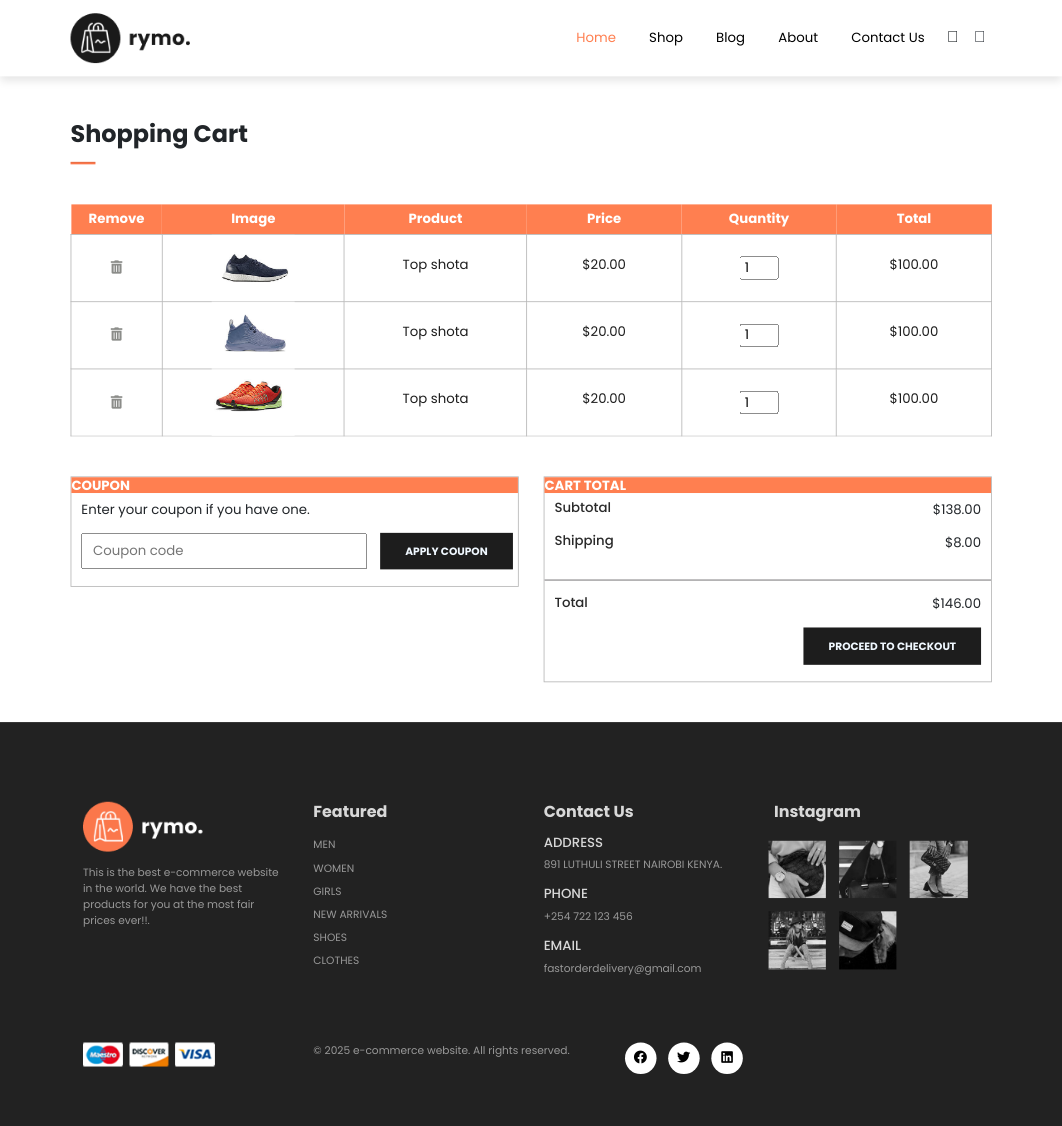
Repository: peter417waweru/e-commerce-UI
Page: cart.html
An editor plug-in stored every save of this project. The page is shown before and after the next save, followed by the edit.
The browser window is 1280 px wide. The pictures show the whole page, at 83% of full size.
Some web libraries are served in a nearby version.

Above is the page before, as saved 2025-02-10 22:41:19.
Console error: TypeError: Cannot set properties of undefined (setting 'onclick')

After the next save:
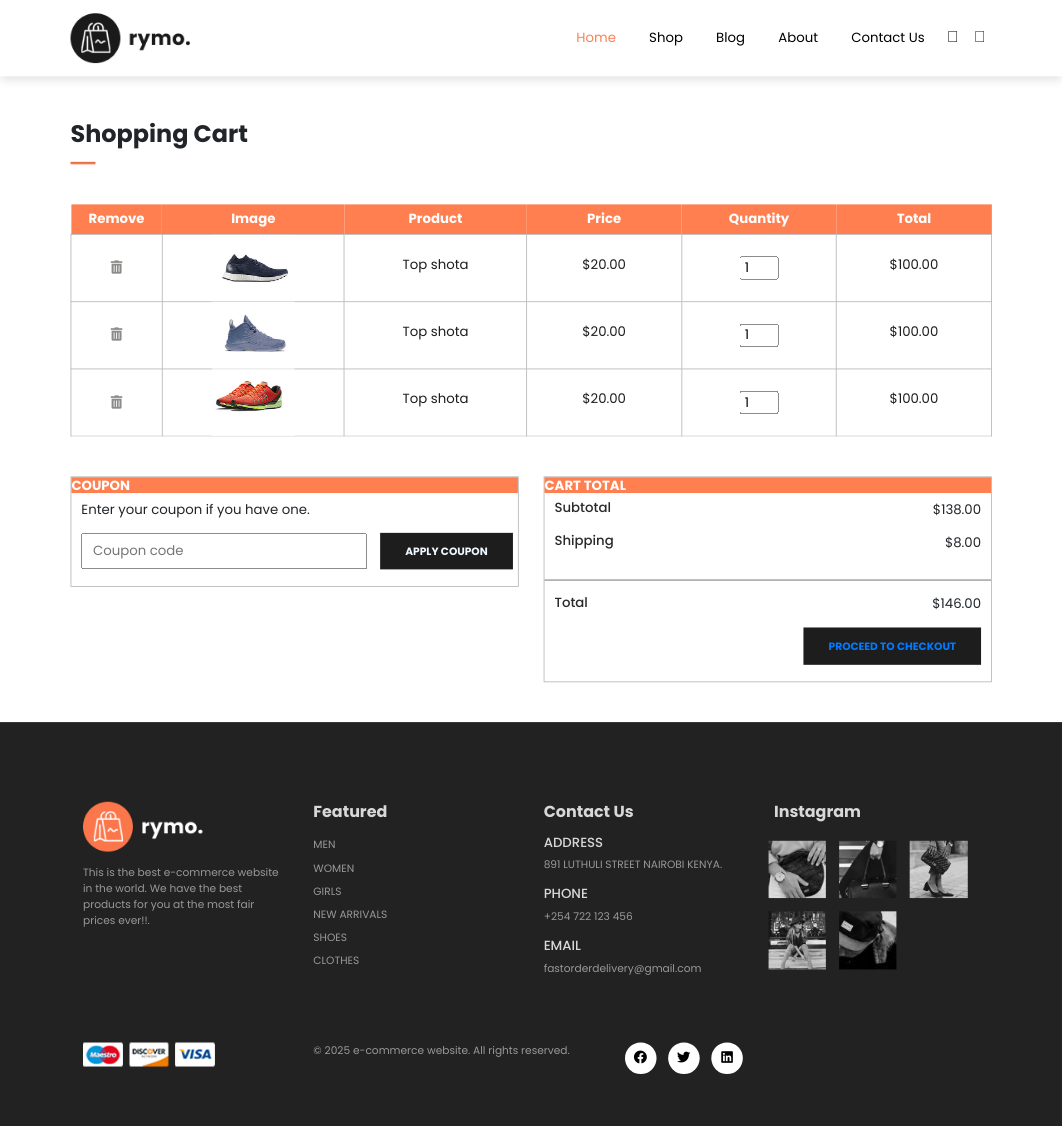
Saved 3 min 6 s later.
--- a/cart.html
+++ b/cart.html
@@ -46,10 +46,7 @@
                     <i class="fal fa-search"></i>
                     <a class="text-dark" href="./cart.html"><i class="fal fa-shopping-bag"></i></a>
                   </li>
-
-
                 </ul>
-
               </div>
             </div>
         </nav>
@@ -126,7 +123,7 @@
                             <h6>Total</h6>
                             <P>$146.00</P>
                         </div>
-                        <button class="ml-auto">PROCEED TO CHECKOUT</button>
+                        <button class="ml-auto"><a href="./checkout.html">PROCEED TO CHECKOUT</a></button>
 
                     </div>
                 </div>
